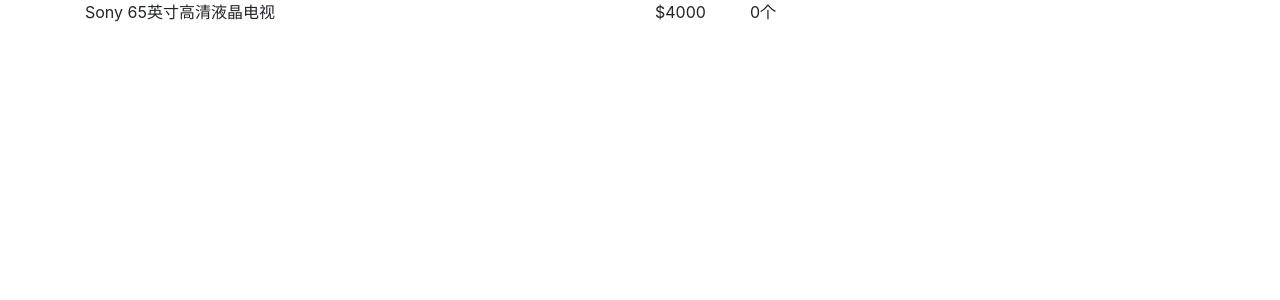
Repository: cuilongshui/reaact_dom
Page: /
The author's editor kept a copy of each file at every save. The page is drawn from the files as they stood at one save, then again after the next save.
The browser window is 1280 px wide. The pictures show the whole page.
The project was rebuilt for these pictures with package versions that can differ from the ones it lists, and the page was loaded fresh each time. Also part of the build but not shown: src/App.css.

Above is the page before, as saved 2020-12-09 22:44:39.

After the next save:
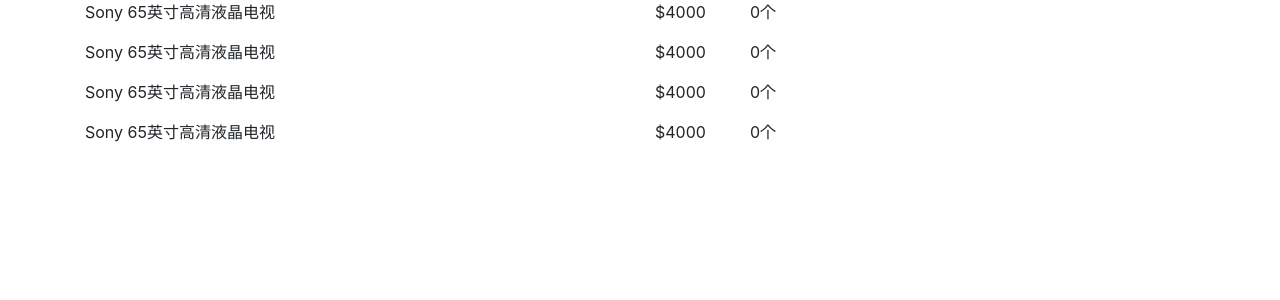
Saved 30 s later.
--- a/src/App.js
+++ b/src/App.js
@@ -5,6 +5,9 @@
   return (
     <div className="container">
       <ListItem />
+      <ListItem />
+      <ListItem />
+      <ListItem />
     </div>
   );
 }
